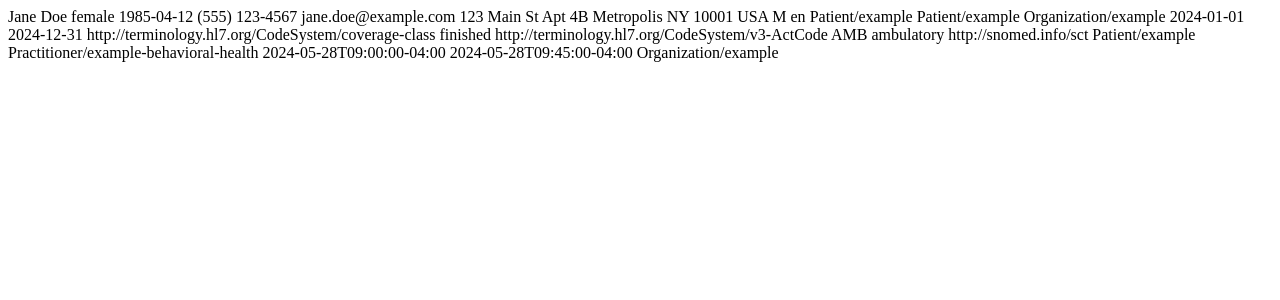
Repository: Laniz/Mapping-project
Page: http://localhost/Best Notes/public/index.php
An editor plug-in stored every save of this project. The page is shown before and after the next save, followed by the edit.
The browser window is 1280 px wide. The pictures show the whole page.
The page is run by PHP 8.4 with error messages shown; the project is at /var/www/html/.

Above is the page before, as saved 2025-06-30 22:06:22.

After the next save:
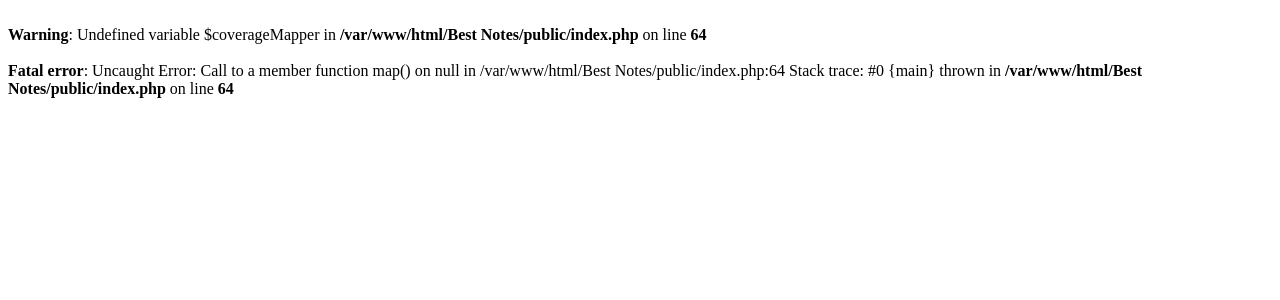
Saved 2 min 3 s later.
--- a/Best Notes/public/index.php
+++ b/Best Notes/public/index.php
@@ -9,8 +9,8 @@
 // Initialize the PatientMapper (modular class that converts FHIR to XML)
 $patientMapper = new PatientMapper();
 
-$coverageMapper = new CoverageMapper();
-$encounterMapper = new EncounterMapper();
+// $coverageMapper = new CoverageMapper();
+// $encounterMapper = new EncounterMapper();
 
 // Create a new XML document that will hold the output
 $doc = new DOMDocument('1.0', 'UTF-8');
